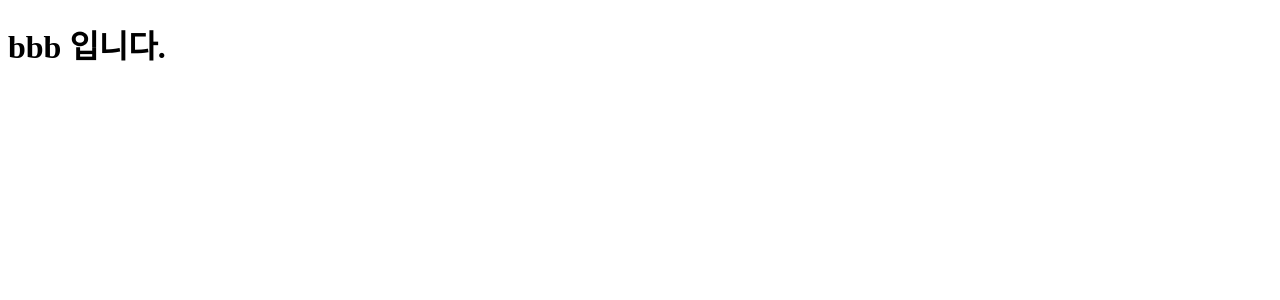
Repository: Jamikidu/newJsp
Page: http://localhost/jspProj/err/eee.jsp
The author's editor kept a copy of each file at every save. The page is drawn from the files as they stood at one save, then again after a run of saves.
The browser window is 1280 px wide. The pictures show the whole page.
The page is served by Tomcat 9. Nobody is signed in. The application's start-up code is not run.

Above is the page before, as saved 2023-07-26 01:42:38.

After the next 2 saves:
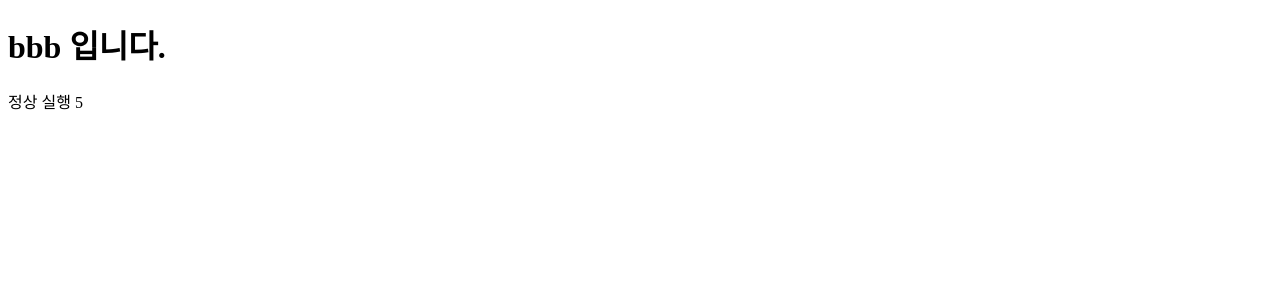
The 2 saves are shown as one change because 1 did not build or start.
The last was saved 2 min 57 s later.
--- a/jspProj/src/main/webapp/err/eee.jsp
+++ b/jspProj/src/main/webapp/err/eee.jsp
@@ -8,5 +8,11 @@
 </head>
 <body>
 <h1>bbb 입니다.</h1>
+<%
+
+	int a = 10/2;
+
+	out.println("정상 실행 " + a + "<br/>");
+%>
 </body>
 </html>
